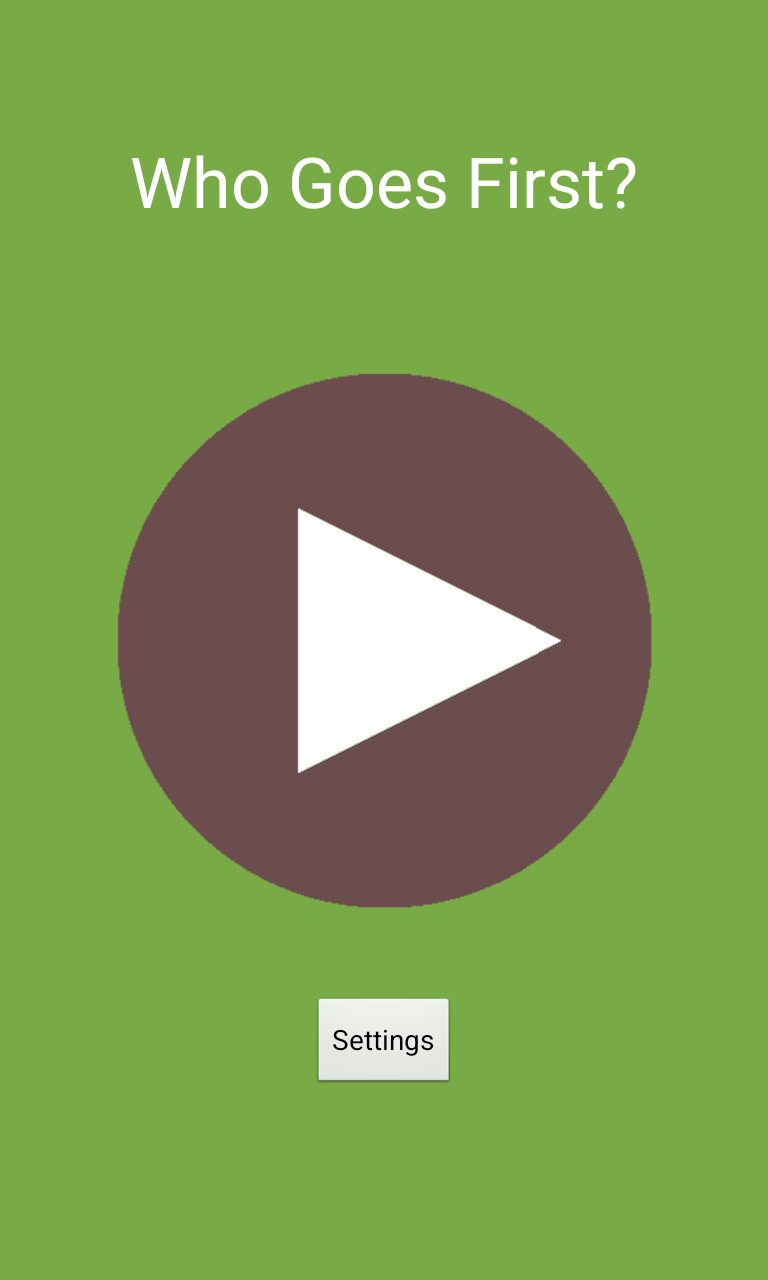
Repository: DarwinLYang/WhoGoesFirstApp
Layout: Who First/WhoFirst/res/layout/fragment_main.xml
These files come from the project's save history. The layout is drawn as it stood at one moment and after the next save; the edit follows.
It is drawn on a 768 x 1280 px phone screen (xhdpi) without system bars, with theme android:Theme.NoTitleBar.Fullscreen; the app's code is not run.

Above is the layout before, as saved 2014-04-11 21:21:48.

### Who First/WhoFirst/res/layout/fragment_main.xml
<RelativeLayout xmlns:android="http://schemas.android.com/apk/res/android"
    xmlns:tools="http://schemas.android.com/tools"
    android:id="@+id/TitleScreen"
    android:layout_width="match_parent"
    android:layout_height="match_parent"
    android:background="@color/green"
    android:gravity="center_horizontal" >

    <TextView
        android:id="@+id/MainTitle"
        android:layout_width="wrap_content"
        android:layout_height="wrap_content"
        android:layout_alignParentTop="true"
        android:layout_centerHorizontal="true"
        android:layout_marginTop="67dp"
        android:text="Who Goes First?"
        android:textAppearance="?android:attr/textAppearanceLarge"
        android:textSize="35sp" />

    <ImageButton
        android:id="@+id/questionButton"
        android:layout_width="300dip"
        android:layout_height="300dip"
        android:layout_centerHorizontal="true"
        android:layout_centerVertical="true"
        android:adjustViewBounds="true"
        android:background="@drawable/round_button"
        android:contentDescription="@string/description_main_button"
        android:gravity="center_vertical|center_horizontal"
        android:src="@drawable/start_button"
        android:onClick="questionScreen" />

    <Button
        android:id="@+id/settingsButton"
        android:layout_width="wrap_content"
        android:layout_height="wrap_content"
        android:layout_below="@+id/questionButton"
        android:layout_centerHorizontal="true"
        android:layout_marginTop="28dp"
        android:onClick="settingsScreen"
        android:text="@string/button_setting" />

</RelativeLayout>

### Who First/WhoFirst/res/values/strings.xml
<?xml version="1.0" encoding="utf-8"?>
<resources>

    <string name="app_name">Who Goes First</string>
    <string name="button_question">Who Goes First?</string>
    <string name="button_setting">Settings</string>
    <string name="button_next_question">Give me another</string>
    <string name="button_submit_question">Submit Question</string>
    <string name="action_settings">Settings</string>
    <string name="title_activity_main">MainActivity</string>
    <string name="title_activity_question">QuestionActivity</string>
    <string name="title_activity_settings">SettingsActivity</string>
    <string name="text_question_title">Question</string>
    <string name="text_settings_title">Settings</string>
    <string name="text_submit_question_title">Submit a Question</string>
    <string name="text_default_question">Default Question</string>
    <string name="text_submit_question_hint">question goes here</string>
    <string name="description_main_button">main button</string>

    <color name="green">#78AB46</color>
    <color name="blue">#43BFC7</color>
    <color name="red">#E77471</color>

</resources>

### Who First/WhoFirst/res/drawable-hdpi/round_button.xml
<?xml version="1.0" encoding="utf-8"?>
<shape xmlns:android="http://schemas.android.com/apk/res/android"
android:shape="rectangle">
    <corners android:bottomRightRadius="6dip"
        android:bottomLeftRadius="6dip"
        android:topRightRadius="6dip"
        android:topLeftRadius="6dip"/>
</shape>

After the next save:
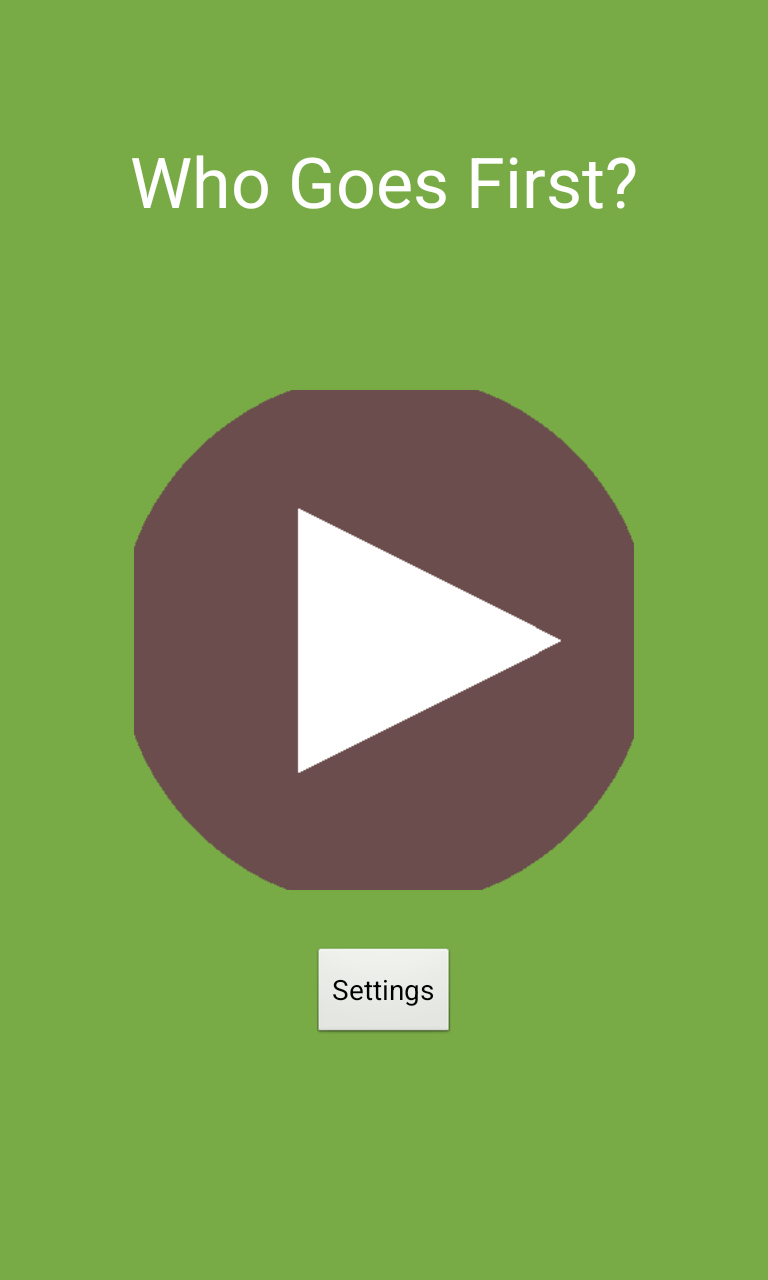
Saved 26 s later.
--- a/Who First/WhoFirst/res/layout/fragment_main.xml
+++ b/Who First/WhoFirst/res/layout/fragment_main.xml
@@ -19,8 +19,8 @@
 
     <ImageButton
         android:id="@+id/questionButton"
-        android:layout_width="300dip"
-        android:layout_height="300dip"
+        android:layout_width="250dip"
+        android:layout_height="250dip"
         android:layout_centerHorizontal="true"
         android:layout_centerVertical="true"
         android:adjustViewBounds="true"

After the save that followed:
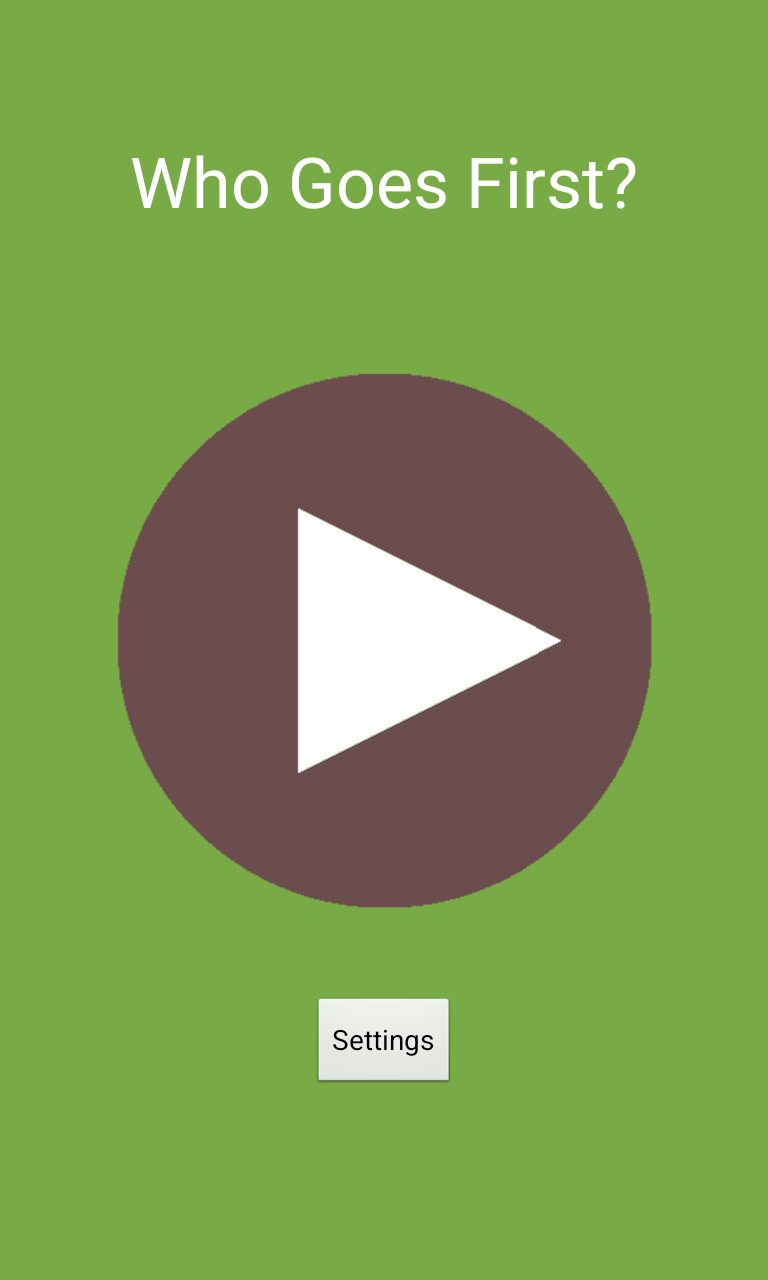
Saved 97 s later.
--- a/Who First/WhoFirst/res/layout/fragment_main.xml
+++ b/Who First/WhoFirst/res/layout/fragment_main.xml
@@ -19,8 +19,8 @@
 
     <ImageButton
         android:id="@+id/questionButton"
-        android:layout_width="250dip"
-        android:layout_height="250dip"
+        android:layout_width="300dip"
+        android:layout_height="300dip"
         android:layout_centerHorizontal="true"
         android:layout_centerVertical="true"
         android:adjustViewBounds="true"
